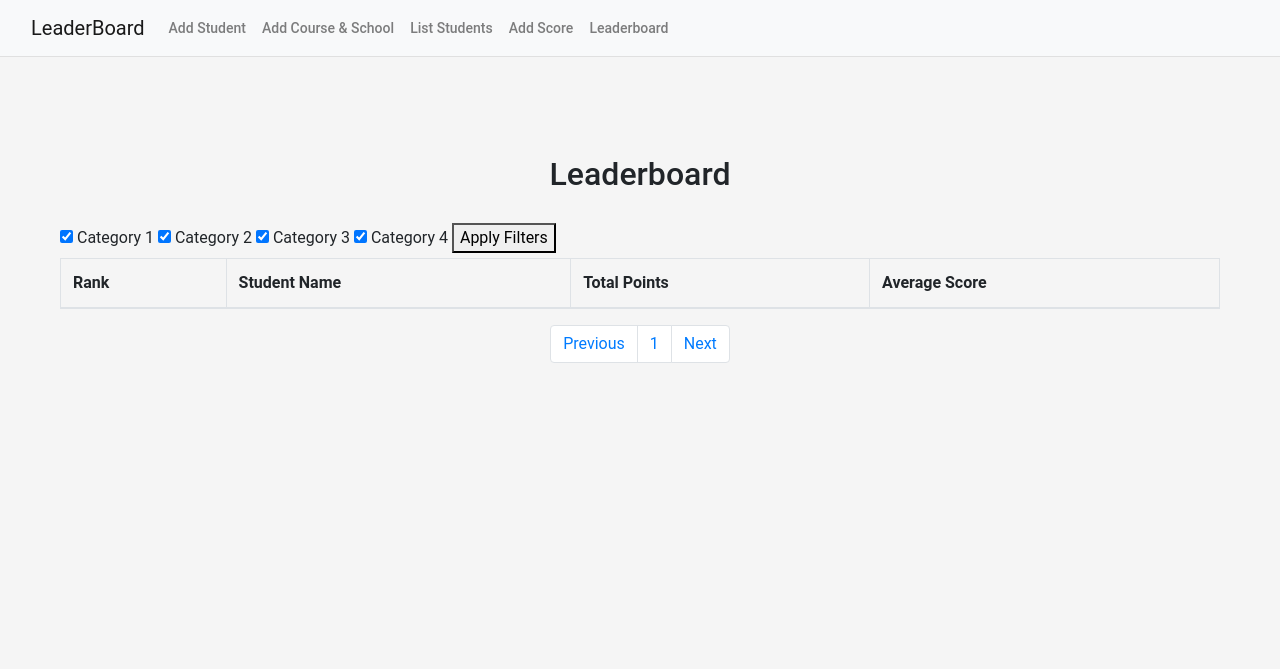
Repository: bigbodhiacademy/gBoard
Page: http://localhost/leaderboard.php?page=0
The author's editor kept a copy of each file at every save. The page is drawn from the files as they stood at one save, then again after the next save.
The browser window is 1280 px wide. The pictures show the whole page.
The page is run by PHP 8.4 with error messages shown; the project is at /var/www/html/. The database holds what the project's SQL file puts in it.

Above is the page before, as saved 2023-04-21 22:24:21.
Not found: scripts.js

### leaderboard.php
<?php require_once 'functions.php'; ?>
<?php
    $limit = 10; // Number of rows to display per page
    $currentPage = isset($_GET['page']) ? intval($_GET['page']) : 1;
    $offset = ($currentPage - 1) * $limit;
    $totalRows = getLeaderboardRowCount();
    $totalPages = ceil($totalRows / $limit);
?>
<?php include 'header.php'; ?>


<div class="container mt-5">
<h2 class="text-center">Leaderboard</h2>

<!-- Add this above the leaderboard table -->
<form id="leaderboard-filter-form">
    <label>
        <input type="checkbox" name="categories[]" value="category1" checked> Category 1
    </label>
    <label>
        <input type="checkbox" name="categories[]" value="category2" checked> Category 2
    </label>
    <label>
        <input type="checkbox" name="categories[]" value="category3" checked> Category 3
    </label>
    <label>
        <input type="checkbox" name="categories[]" value="category4" checked> Category 4
    </label>
    <button type="submit">Apply Filters</button>
</form>



<div class="table-responsive">
    <table class="table table-bordered table-striped">
        <thead>
            <tr>
                <th>Rank</th>
                <th>Student Name</th>
                <th>Total Points</th>
                <th>Average Score</th>
            </tr>
        </thead>
        <tbody>
            <?php
            $rank = 1;
            // Get the selected categories from the form submission
            $categories = isset($_GET['categories']) ? $_GET['categories'] : [];

            $leaderboardData = getLeaderboardData($offset, $limit, $categories);

            while ($row = $leaderboardData->fetch_assoc()):
            ?>
                <tr>
                    <th scope="row"><?php echo $rank; ?></th>
                    <td><?php echo $row['name']; ?> <?php echo getBadgeForRank($rank); ?></td>
                    <td><?php echo $row['total_points']; ?></td>
                    <td><?php echo number_format($row['average_score'], 2); ?></td>
                </tr>
            <?php
            $rank++;
            endwhile;
            ?>
        </tbody>


    </table>

    <!-- Add pagination links -->
    <nav aria-label="Page navigation">
    <ul class="pagination justify-content-center">
    <li class="page-item <?php if ($currentPage == 1) echo 'disabled'; ?>">
                <a class="page-link" href="?page=<?php echo $currentPage - 1; ?>" tabindex="-1" aria-disabled="true">Previous</a>
            </li>
            <?php for ($i = 1; $i <= $totalPages; $i++): ?>
                <li class="page-item <?php if ($i == $currentPage) echo 'active'; ?>"><a class="page-link" href="?page=<?php echo $i; ?>"><?php echo $i; ?></a></li>
            <?php endfor; ?>
            <li class="page-item <?php if ($currentPage == $totalPages) echo 'disabled'; ?>">
                <a class="page-link" href="?page=<?php echo $currentPage + 1; ?>">Next</a>
            </li>
        </ul>
    </nav>
</div>
</div>


<?php include 'footer.php'; ?>

### functions.php
<?php
include 'db_connection.php';

if ($_SERVER['REQUEST_METHOD'] == 'POST') {
  if (isset($_POST['action'])) {
      $action = $_POST['action'];

      switch ($action) {
        case 'add_student':
          $name = $_POST['student_name'];
          $email = $_POST['email'];
          $course_id = $_POST['course_id'];
          $school_id = $_POST['school_id'];
          addStudent($name, $email, $course_id, $school_id);
          header('Location: add_student.php?message=Student+Added');
          exit();

        case 'add_course':
          $course_name = $_POST['course_name'];
          $course_description = $_POST['course_description'];
          addCourse($course_name, $course_description);
          header('Location: add_school_course.php?message=Course+Added');
          exit();

        case 'add_school':
          $school_name = $_POST['school_name'];
          $location = $_POST['location'];
          addSchool($school_name, $location);
          header('Location: add_school_course.php?message=School+Added');
          exit();

        case 'edit_student':
          $student_id = $_POST['student_id'];
          $name = $_POST['student_name'];
          $email = $_POST['email'];
          $course_id = $_POST['course_id'];
          $school_id = $_POST['school_id'];
          editStudent($student_id, $name, $email, $course_id, $school_id);
          header('Location: list_students.php');
          exit();

        case 'add_score':
          $student_id = $_POST['student_id'];
          $date = $_POST['date'];
          $category1 = $_POST['score1'];
          $category2 = $_POST['score2'];
          $category3 = $_POST['score3'];
          $category4 = $_POST['score4'];
          addScore($student_id, $date, $category1, $category2, $category3, $category4);
          updateLeaderboard();

          header('Location: add_score.php');
          exit();

        case 'check_score_exists':
          if (isset($_POST['student_id'])) {
            $student_id = $_POST['student_id'];
            $date = $_POST['date'];
            $scoreExists = checkScoreExists($student_id, $date);
            echo json_encode($scoreExists);
            exit();
          }

        case 'get_student_scores':
          if (isset($_POST['student_id'])) {
            $student_id = $_POST['student_id'];
            $scores = getStudentScores($student_id);
            $scoresArray = array();
            while ($score = $scores->fetch_assoc()) {
                $scoresArray[] = $score;
            }
            echo json_encode($scoresArray);
          }

        case 'delete_score':
          if (isset($_POST['score_id'])) {
            $score_id = $_POST['score_id'];
            $deletedRows = deleteScore($score_id);
            if ($deletedRows > 0) {
              echo 'Score deleted successfully';
            } else {
              echo 'Error deleting score';
            }
            updateLeaderboard();

          }
          exit();

        case 'update_score':
          if (isset($_POST['score_id']) && isset($_POST['category1']) && isset($_POST['category2']) && isset($_POST['category3']) && isset($_POST['category4'])) {
              $score_id = $_POST['score_id'];
              $category1 = $_POST['category1'];
              $category2 = $_POST['category2'];
              $category3 = $_POST['category3'];
              $category4 = $_POST['category4'];

              $affectedRows = updateScore($score_id, $category1, $category2, $category3, $category4);
              if ($affectedRows > 0) {
                  echo 'Score updated successfully';
              } else {
                  echo 'Error updating score';
              }
              updateLeaderboard();

          }
          exit();
      }
  }
}

if ($_SERVER['REQUEST_METHOD'] == 'GET') {
  if (isset($_GET['action'])) {
    $action = $_GET['action'];
    if($action == 'delete_student'){
      $student_id = $_GET['id'];
      deleteStudent($student_id);
      header('Location: list_students.php');
      exit();
    }
  }
}


function addSchool($school_name, $location) {
  $conn = getConnection();

  $stmt = $conn->prepare("INSERT INTO schools (name, location) VALUES (?, ?)");
  $stmt->bind_param("ss", $school_name, $location);

  $stmt->execute();

  $stmt->close();
  $conn->close();
}

function getSchools() {
  global $conn;
  $schools = array();

  $query = "SELECT * FROM schools";
  $result = mysqli_query($conn, $query);

  if (mysqli_num_rows($result) > 0) {
      while ($row = mysqli_fetch_assoc($result)) {
          $schools[] = $row;
      }
  }

  return $schools;
}

function getSchoolById($school_id) {
  global $conn;
  $sql = "SELECT * FROM schools WHERE id = ?";
  $stmt = $conn->prepare($sql);
  $stmt->bind_param("i", $school_id);
  $stmt->execute();
  $result = $stmt->get_result();
  return $result->fetch_assoc();
}



function addCourse($course_name, $course_description) {
  global $conn;
  $date_added = date('Y-m-d');
  $sql = "INSERT INTO courses (name, description, date_added) VALUES (?, ?, ?)";

  $stmt = $conn->prepare($sql);
  $stmt->bind_param("sss", $course_name, $course_description, $date_added);
  $stmt->execute();
  $stmt->close();
  $conn->close();
}
function getCourseById($course_id) {
  global $conn;
  $sql = "SELECT * FROM courses WHERE id = ?";
  $stmt = $conn->prepare($sql);
  $stmt->bind_param("i", $course_id);
  $stmt->execute();
  $result = $stmt->get_result();
  return $result->fetch_assoc();
}


function editStudent($student_id, $name, $email, $course_id, $school_id) {
  global $conn;
  $query = "UPDATE students SET name = ?, email = ?, course_id = ?, school_id = ? WHERE id = ?";
  $stmt = mysqli_prepare($conn, $query);
  mysqli_stmt_bind_param($stmt, 'ssiii', $name, $email, $course_id, $school_id, $student_id);
  mysqli_stmt_execute($stmt);
}

function getStudentsWithCourseName() {
  $students = array();
  global $conn;

  $sql = "SELECT students.id, students.name, students.email, courses.name as course_name
          FROM students
          INNER JOIN courses ON students.course_id = courses.id";

  $result = $conn->query($sql);

  if ($result->num_rows > 0) {
      while ($row = $result->fetch_assoc()) {
          $students[] = $row;
      }
  }
  $conn->close();

  return $students;
}

function getStudentById($student_id) {
  global $conn;
  $query = "SELECT * FROM students WHERE id = ?";
  $stmt = mysqli_prepare($conn, $query);
  mysqli_stmt_bind_param($stmt, 'i', $student_id);
  mysqli_stmt_execute($stmt);
  $result = mysqli_stmt_get_result($stmt);
  return mysqli_fetch_assoc($result);
}


function addStudent($name, $email, $course_id, $school_id) {
  global $conn;
  //echo "add student";
  //print_r($name,$course_id);
  $stmt = $conn->prepare("INSERT INTO students (name, email, course_id, school_id) VALUES (?, ?, ?, ?)");
  $stmt->bind_param("ssii", $name, $email, $course_id, $school_id);

  $stmt->execute();

  $stmt->close();
  $conn->close();
}


/*function editStudent($id, $name, $email, $course_id) {
  global $conn;

  $stmt = $conn->prepare("UPDATE students SET name = ?, email = ?, course_id = ? WHERE id = ?");
  $stmt->bind_param("ssii", $name, $email, $course_id, $id);

  return $stmt->execute();
}*/

function deleteStudent1($id) {
  global $conn;

  $stmt = $conn->prepare("DELETE FROM students WHERE id = ?");
  $stmt->bind_param("i", $id);

  $stmt->execute();
  $stmt->close();
  $conn->close();
}
function deleteStudent($student_id) {
  global $conn;
  $query = "DELETE FROM students WHERE id = ?";
  $stmt = mysqli_prepare($conn, $query);
  mysqli_stmt_bind_param($stmt, 'i', $student_id);
  mysqli_stmt_execute($stmt);
}

function getAllStudents1() {
  global $conn;
  $sql = "SELECT students.*, courses.name as course_name, schools.name as school_name FROM students INNER JOIN courses ON students.course_id = courses.id INNER JOIN schools ON students.school_id = schools.id";
  $result = mysqli_query($conn, $sql);

  $students = array();
  if (mysqli_num_rows($result) > 0) {
      while ($row = mysqli_fetch_assoc($result)) {
          $students[] = $row;
      }
  }

  return $students;
}

function getAllStudents() {
  global $conn;
  $sql = "SELECT * FROM students";
  $result = $conn->query($sql);
  return $result;
}


function getStudents() {
  global $conn;

  $result = $conn->query("SELECT * FROM students");
  return $result->fetch_all(MYSQLI_ASSOC);
}

function getCourses() {
  global $conn;

  $result = $conn->query("SELECT * FROM courses");
  return $result->fetch_all(MYSQLI_ASSOC);
}

function addScore($student_id, $date, $category1, $category2, $category3, $category4) {
  global $conn;
  $query = "INSERT INTO scores (student_id, date, category1, category2, category3, category4) VALUES (?, ?, ?, ?, ?, ?)";
  $stmt = mysqli_prepare($conn, $query);
  mysqli_stmt_bind_param($stmt, 'isiiii', $student_id, $date, $category1, $category2, $category3, $category4);
  mysqli_stmt_execute($stmt);
}

function checkScoreExists($student_id, $date) {
  global $conn;

  $stmt = $conn->prepare("SELECT COUNT(*) as count FROM scores WHERE student_id = ? AND date = ?");
  $stmt->bind_param("is", $student_id, $date);
  $stmt->execute();
  $result = $stmt->get_result();
  $row = $result->fetch_assoc();

  return $row['count'] > 0;
}


function getStudentScores($student_id) {
  global $conn;
  $sql = "SELECT * FROM scores WHERE student_id = ?";
  $stmt = $conn->prepare($sql);
  $stmt->bind_param("i", $student_id);
  $stmt->execute();
  $result = $stmt->get_result();
  return $result;
}

function updateScore($scoreId, $category1, $category2, $category3, $category4) {
  global $conn;

  $stmt = $conn->prepare("UPDATE scores SET category1=?, category2=?, category3=?, category4=? WHERE id=?");
  $stmt->bind_param("iiiii", $category1, $category2, $category3, $category4, $scoreId);

  if ($stmt->execute()) {
      return true;
  } else {
    error_log("Update Score Error: " . $stmt->error);
      return false;
  }
}


function deleteScore($score_id) {
  global $conn;
  $sql = "DELETE FROM scores WHERE id = ?";
  $stmt = $conn->prepare($sql);
  $stmt->bind_param("i", $score_id);
  $stmt->execute();
  return $stmt->affected_rows;
}


function calculatePointsAndAverageScores() {
  global $conn;

  $students = getAllStudents();
  $results = [];

  while ($student = $students->fetch_assoc()) {
    $studentId = $student['id'];
    $scores = getStudentScores($studentId);

    $totalPoints = 0;
    $scoreCount = 0;

    while ($score = $scores->fetch_assoc()) {
      $totalPoints += $score['category1'] + $score['category2'] + $score['category3'] + $score['category4'];
      $scoreCount++;
    }

    $averageScore = $scoreCount > 0 ? $totalPoints / $scoreCount : 0;
    $results[] = ['student_id' => $studentId, 'total_points' => $totalPoints, 'average_score' => $averageScore];
  }

  return $results;
}

function updateLeaderboard() {
  global $conn;

  $pointsAndAverageScores = calculatePointsAndAverageScores();

  foreach ($pointsAndAverageScores as $result) {
    $studentId = $result['student_id'];
    $totalPoints = $result['total_points'];
    $averageScore = $result['average_score'];

    $stmt = $conn->prepare("INSERT INTO leaderboard (student_id, total_points, average_score) VALUES (?, ?, ?) ON DUPLICATE KEY UPDATE total_points = VALUES(total_points), average_score = VALUES(average_score)");
    $stmt->bind_param("iii", $studentId, $totalPoints, $averageScore);
    $stmt->execute();
  }
}

function getLeaderboardData($offset, $limit, $categories = []) {
  global $conn;

  $categories_str = "";
  if (!empty($categories)) {
      foreach ($categories as $category) {
          $categories_str .= "$category + ";
      }
      $categories_str = rtrim($categories_str, " + ");
  } else {
      $categories_str = "category1 + category2 + category3 + category4";
  }

  $sql = "SELECT students.id, students.name, SUM($categories_str) as total_points, AVG($categories_str) as average_score
          FROM students
          LEFT JOIN scores ON students.id = scores.student_id
          GROUP BY students.id
          ORDER BY total_points DESC, average_score DESC
          LIMIT ?, ?";

  $stmt = $conn->prepare($sql);
  $stmt->bind_param("ii", $offset, $limit);
  $stmt->execute();

  $result = $stmt->get_result();
  return $result;
}


function getLeaderboardRowCount() {
  global $conn;

  $sql = "SELECT COUNT(*) as total_rows FROM leaderboard";
  $result = $conn->query($sql);
  $row = $result->fetch_assoc();

  return $row['total_rows'];
}

function getBadgeForRank($rank) {
  switch ($rank) {
      case 1:
          return '<span class="badge bg-gold">🥇</span>';
      case 2:
          return '<span class="badge bg-silver">🥈</span>';
      case 3:
          return '<span class="badge bg-bronze">🥉</span>';
      default:
          return '';
  }
}

?>

### db_connection.php
<?php
$servername = "localhost"; // Replace with your MySQL server address if it's not "localhost"
$username = "root"; // Replace with your MySQL username
$password = ""; // Replace with your MySQL password
$dbname = "leaderboard4";

// Create connection
$conn = new mysqli($servername, $username, $password, $dbname);

// Check connection
if ($conn->connect_error) {
  die("Connection failed: " . $conn->connect_error);
}
?>

### header.php
<!DOCTYPE html>
<html lang="en">

<head>
    <meta charset="UTF-8">
    <meta name="viewport" content="width=device-width, initial-scale=1.0">
    <title>LeaderBoard</title>
    <link href="https://cdn.jsdelivr.net/npm/bootstrap@5.1.3/dist/css/bootstrap.min.css" rel="stylesheet">
    <link rel="stylesheet" href="https://maxcdn.bootstrapcdn.com/bootstrap/4.5.2/css/bootstrap.min.css">
    <script src="https://ajax.googleapis.com/ajax/libs/jquery/3.5.1/jquery.min.js"></script>
    <script src="https://cdnjs.cloudflare.com/ajax/libs/popper.js/1.16.0/umd/popper.min.js"></script>
    <script src="https://maxcdn.bootstrapcdn.com/bootstrap/4.5.2/js/bootstrap.min.js"></script>
    <link href="https://maxcdn.bootstrapcdn.com/font-awesome/4.7.0/css/font-awesome.min.css" rel="stylesheet" />

    <link rel="stylesheet" href="styles.css">
    <script src="scripts.js"></script>
</head>

<body>
    <nav class="navbar navbar-expand-lg navbar-light bg-light">
        <div class="container-fluid">
            <a class="navbar-brand" href="index.php">LeaderBoard</a>
            <button class="navbar-toggler" type="button" data-bs-toggle="collapse" data-bs-target="#navbarNav" aria-controls="navbarNav" aria-expanded="false" aria-label="Toggle navigation">
                <span class="navbar-toggler-icon"></span>
            </button>
            <div class="collapse navbar-collapse" id="navbarNav">
                <ul class="navbar-nav">
                    <li class="nav-item">
                        <a class="nav-link" href="add_student.php">Add Student</a>
                    </li>
                    <li class="nav-item">
                        <a class="nav-link" href="add_school_course.php">Add Course & School</a>
                    </li>
                    <li class="nav-item">
                        <a class="nav-link" href="list_students.php">List Students</a>
                    </li>
                    <li class="nav-item">
                        <a class="nav-link" href="add_score.php">Add Score</a>
                    </li>
                    <li class="nav-item">
                        <a class="nav-link" href="leaderboard.php">Leaderboard</a>
                    </li>
                </ul>
            </div>
        </div>
    </nav>

### footer.php
<script src="https://code.jquery.com/jquery-3.6.0.min.js"></script>
    <script src="https://cdn.jsdelivr.net/npm/@popperjs/core@2.11.6/dist/umd/popper.min.js"></script>
    <script src="https://cdn.jsdelivr.net/npm/bootstrap@5.1.3/dist/js/bootstrap.min.js"></script>
    <script src="scripts.js"></script>
</body>

</html>

### styles.css
body {
    font-family: 'Roboto', sans-serif;
    background-color: #f5f5f5;
}

.container {
    max-width: 1200px;
    margin: 0 auto;
    padding: 50px 20px;
}

h2 {
    font-weight: 500;
    margin-bottom: 30px;
}

.btn {
    border-radius: 5px;
}

.navbar {
    border-bottom: 1px solid #e0e0e0;
}

.nav-link {
    font-size: 14px;
    font-weight: 500;
}

.form-group {
    margin-bottom: 20px;
}

.table {
    background-color: #fff;
    border-radius: 5px;
}

.table thead {
    background-color: #f5f5f5;
}
.stars {
    font-size: 24px;
    color: gray;
    display: inline-block;
    position: relative;
    padding: 0;
    cursor: pointer;
}

.stars:before {
    /*content: '\f006 \f006 \f006 \f006 \f006';*/
    font-family: FontAwesome;
}

.stars>input {
    display: none;
}

.stars:hover:before,
.stars:hover ~ .stars:before,
.stars input:checked ~ .stars:before {
    color: gold;
    text-shadow: 0 0 5px rgba(255, 215, 0, 0.8);
}

### leaderboard4.sql (the tables this page reads)
CREATE TABLE `leaderboard` (
  `id` int(11) NOT NULL,
  `student_id` int(11) DEFAULT NULL,
  `total_points` int(11) DEFAULT NULL,
  `average_score` float DEFAULT NULL
) ENGINE=InnoDB DEFAULT CHARSET=utf8mb4;

INSERT INTO `leaderboard` (`id`, `student_id`, `total_points`, `average_score`) VALUES
(9, 19, 30, 15),
(10, 23, 13, 13),
(19, 24, 30, 15),
(32, 25, 18, 18);

ALTER TABLE `leaderboard`
  ADD PRIMARY KEY (`id`),
  ADD UNIQUE KEY `student_id` (`student_id`);

ALTER TABLE `leaderboard`
  MODIFY `id` int(11) NOT NULL AUTO_INCREMENT, AUTO_INCREMENT=33;

ALTER TABLE `leaderboard`
  ADD CONSTRAINT `leaderboard_ibfk_1` FOREIGN KEY (`student_id`) REFERENCES `students` (`id`);

CREATE TABLE `scores` (
  `id` int(11) NOT NULL,
  `student_id` int(11) NOT NULL,
  `date` date NOT NULL,
  `category1` int(11) NOT NULL,
  `category2` int(11) NOT NULL,
  `category3` int(11) NOT NULL,
  `category4` int(11) NOT NULL
) ENGINE=InnoDB DEFAULT CHARSET=utf8mb4;

INSERT INTO `scores` (`id`, `student_id`, `date`, `category1`, `category2`, `category3`, `category4`) VALUES
(4, 19, '2023-04-20', 2, 5, 5, 3),
(5, 19, '2023-04-11', 4, 4, 4, 3),
(8, 23, '2022-08-23', 2, 4, 3, 4),
(9, 24, '2023-04-20', 3, 4, 3, 4),
(10, 24, '2023-02-15', 2, 5, 5, 4),
(11, 25, '2023-04-24', 4, 5, 4, 5);

ALTER TABLE `scores`
  ADD PRIMARY KEY (`id`),
  ADD KEY `student_id` (`student_id`);

ALTER TABLE `scores`
  MODIFY `id` int(11) NOT NULL AUTO_INCREMENT, AUTO_INCREMENT=12;

ALTER TABLE `scores`
  ADD CONSTRAINT `scores_ibfk_1` FOREIGN KEY (`student_id`) REFERENCES `students` (`id`);

CREATE TABLE `students` (
  `id` int(11) NOT NULL,
  `name` varchar(255) NOT NULL,
  `email` varchar(255) NOT NULL,
  `course_id` int(11) NOT NULL,
  `school_id` int(11) NOT NULL
) ENGINE=InnoDB DEFAULT CHARSET=utf8mb4;

INSERT INTO `students` (`id`, `name`, `email`, `course_id`, `school_id`) VALUES
(19, 'dinesh', 'eng@gm', 1, 2),
(23, 'Guru', 'DFI@jf', 2, 1),
(24, 'ram', 'sde@gsh', 1, 1),
(25, 'john', 'hhui@ggjlk', 1, 1);

ALTER TABLE `students`
  ADD PRIMARY KEY (`id`),
  ADD KEY `course_id` (`course_id`),
  ADD KEY `school_id` (`school_id`);

ALTER TABLE `students`
  MODIFY `id` int(11) NOT NULL AUTO_INCREMENT, AUTO_INCREMENT=26;

ALTER TABLE `students`
  ADD CONSTRAINT `students_ibfk_1` FOREIGN KEY (`course_id`) REFERENCES `courses` (`id`),
  ADD CONSTRAINT `students_ibfk_2` FOREIGN KEY (`school_id`) REFERENCES `schools` (`id`);

After the next save:
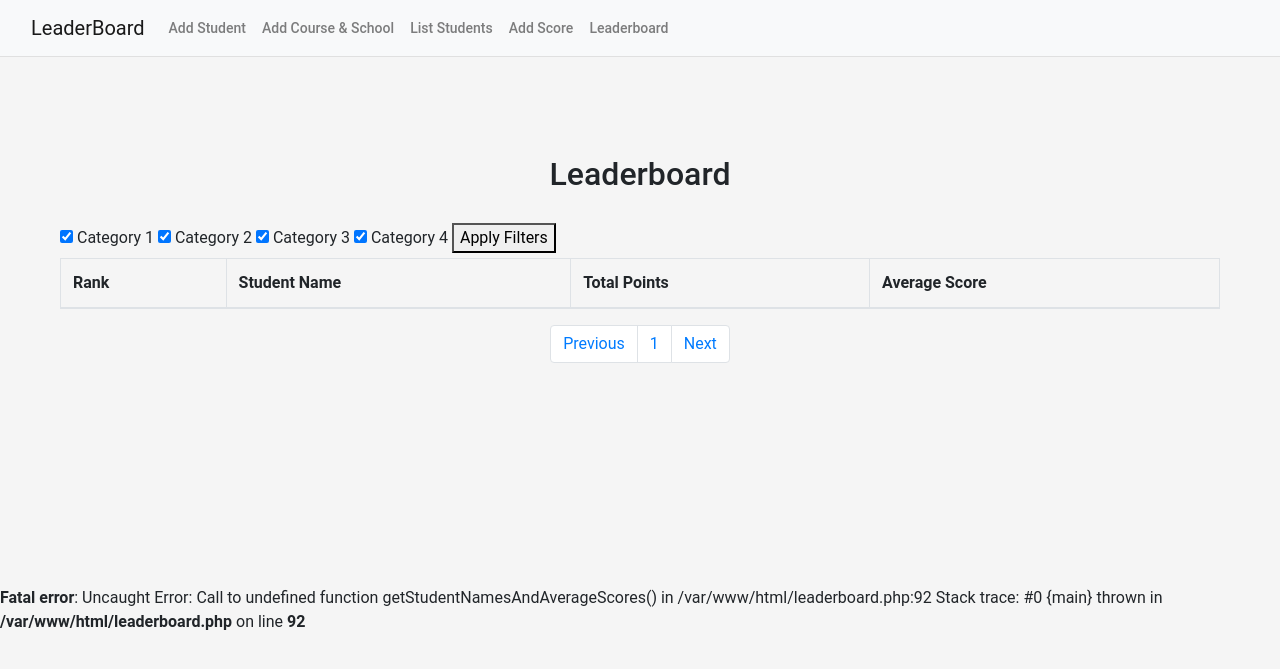
Saved 42 s later.
--- a/leaderboard.php
+++ b/leaderboard.php
@@ -83,5 +83,40 @@
 </div>
 </div>
 
+<!-- Add this line in the head section of your HTML file -->
+<script src="https://cdn.jsdelivr.net/npm/chart.js"></script>
+<!-- Add this line in the body section of your HTML file -->
+<canvas id="studentScoresChart"></canvas>
+<?php
+  // Fetch student names and their average scores in each category from your database
+  $studentsData = getStudentNamesAndAverageScores();
+  $labels = [];
+  $category1Data = [];
+  $category2Data = [];
+  $category3Data = [];
+  $category4Data = [];
+
+  foreach ($studentsData as $studentData) {
+    $labels[] = $studentData['name'];
+    $category1Data[] = $studentData['category1_avg'];
+    $category2Data[] = $studentData['category2_avg'];
+    $category3Data[] = $studentData['category3_avg'];
+    $category4Data[] = $studentData['category4_avg'];
+  }
+?>
+
+<script>
+  const labels = <?php echo json_encode($labels); ?>;
+  const category1Data = <?php echo json_encode($category1Data); ?>;
+  const category2Data = <?php echo json_encode($category2Data); ?>;
+  const category3Data = <?php echo json_encode($category3Data); ?>;
+  const category4Data = <?php echo json_encode($category4Data); ?>;
+
+  createStudentScoresChart(labels, category1Data, category2Data, category3Data, category4Data);
+</script>
+
+
+
+
 
 <?php include 'footer.php'; ?>
